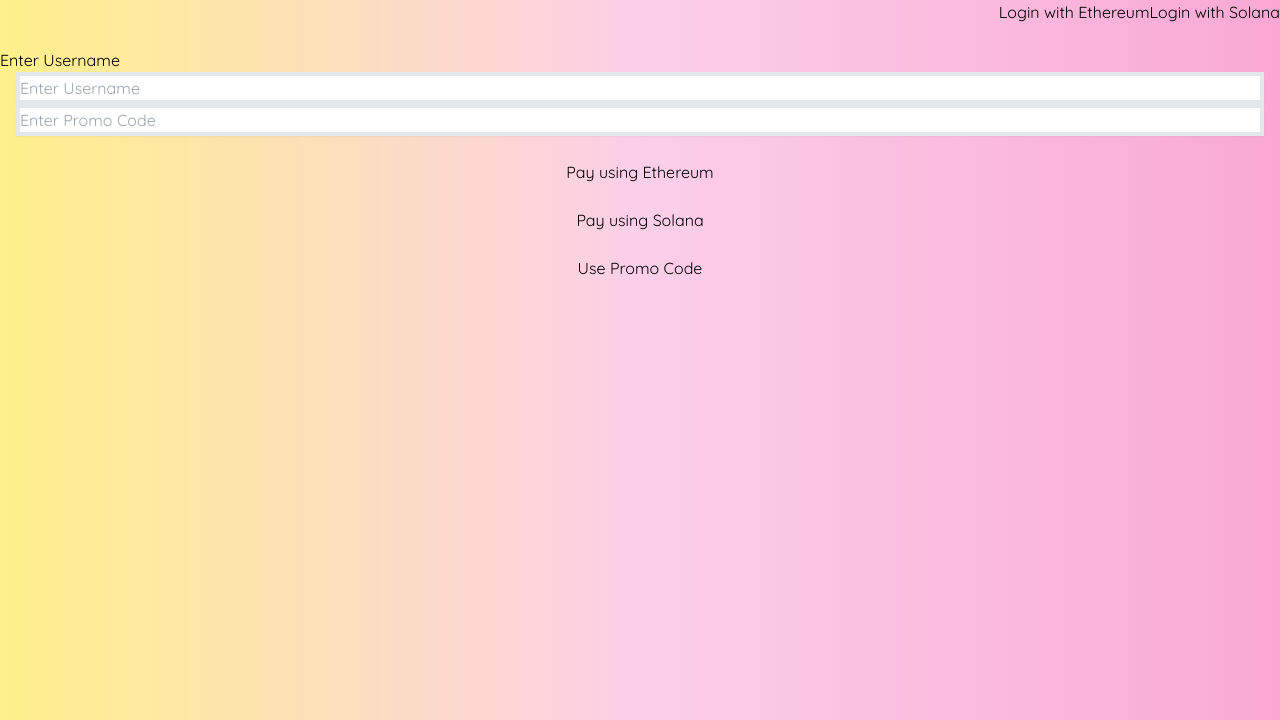
Repository: 22shivam/Polychain
Page: / (app in frontend/)
The author's editor kept a copy of each file at every save. The page is drawn from the files as they stood at one save, then again after the next save.
The browser window is 1280 px wide. The pictures show the whole page.
The page's requests for data from a server got no answer. The project was rebuilt for these pictures with package versions that can differ from the ones it lists, and the page was loaded fresh each time. The framework's server and built-in components were replaced by stand-ins that run in the browser. No one was signed in, and anything a server would have sent is missing. Also part of the build but not shown: frontend/next.config.js.

Above is the page before, as saved 2022-01-01 11:38:24.

After the next save:
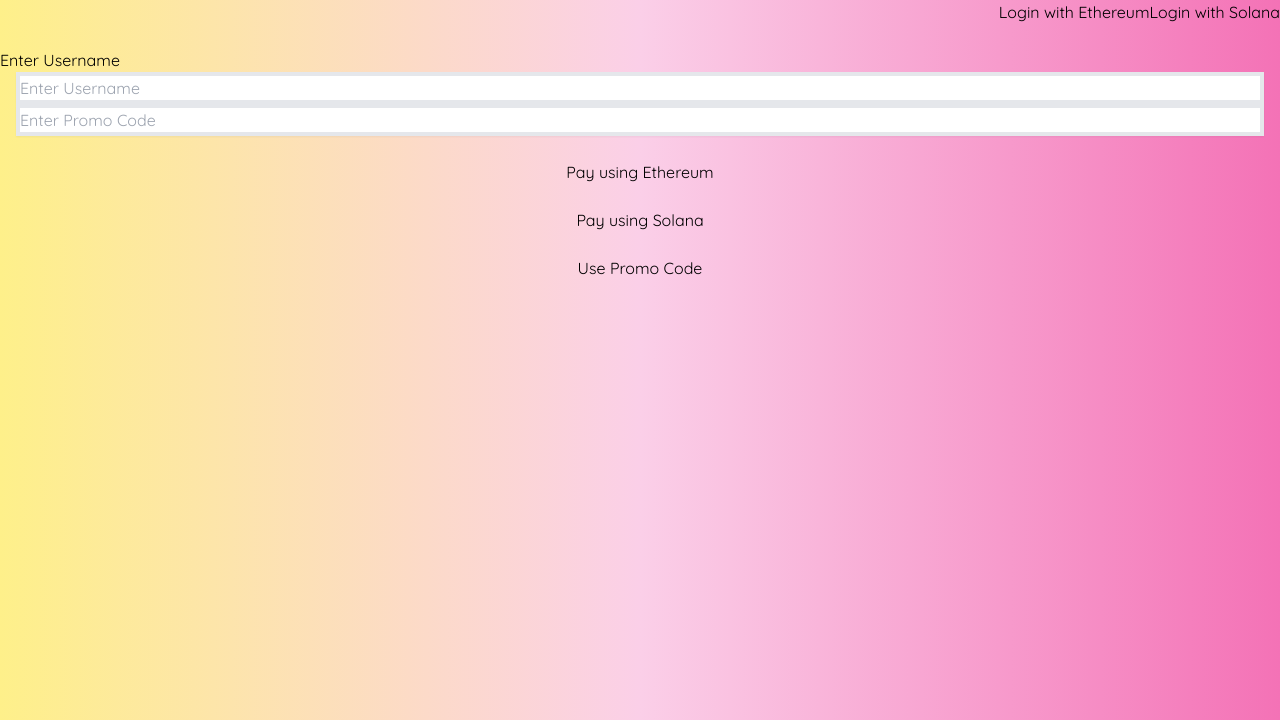
Saved 8 s later.
--- a/frontend/pages/_document.js
+++ b/frontend/pages/_document.js
@@ -9,7 +9,7 @@ class MyDocument extends Document {
                     <link rel="preconnect" href="https://fonts.gstatic.com" crossorigin />
                     <link href="https://fonts.googleapis.com/css2?family=Quicksand:wght@300;400;500;600;700&display=swap" rel="stylesheet" />
                 </Head>
-                <body className='bg-gradient-to-r from-yellow-200 via-pink-200 to-pink-300'>
+                <body className='bg-gradient-to-r from-yellow-200 via-pink-200 to-pink-400'>
                     <Main />
                     <NextScript />
                 </body>
